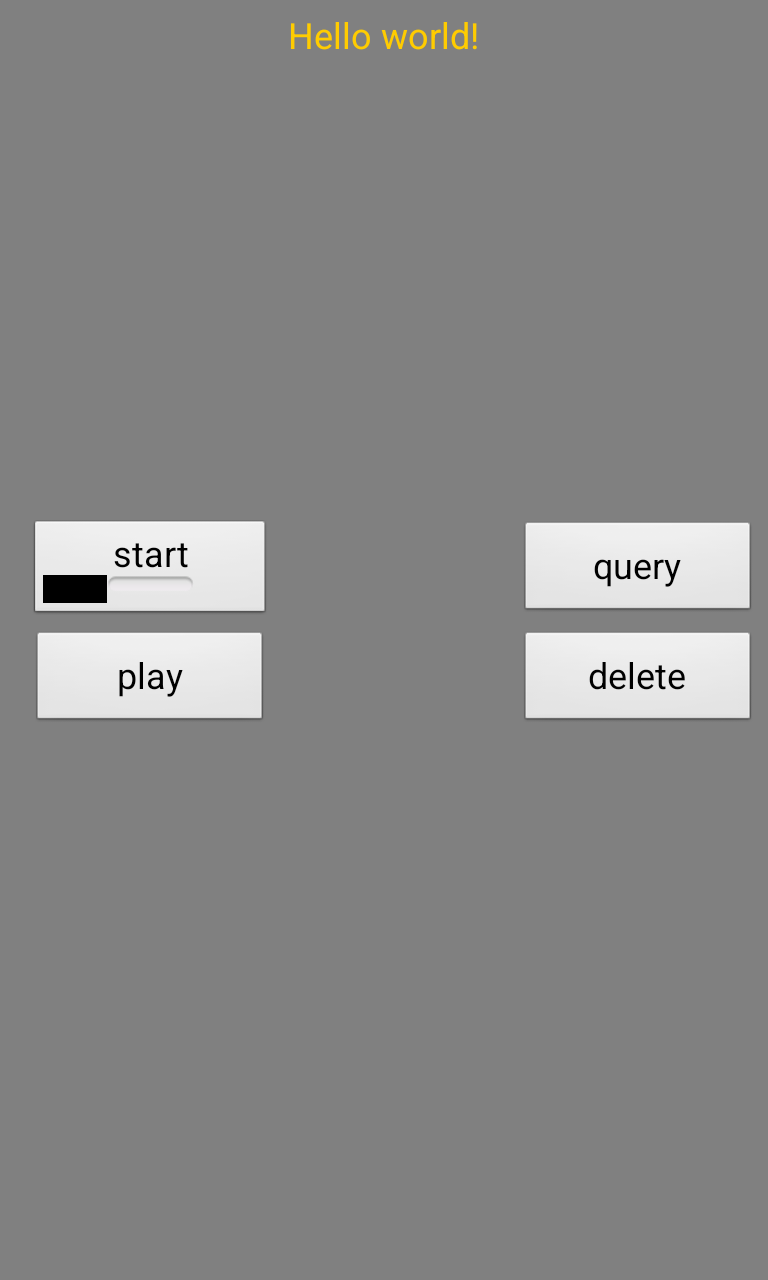
Repository: FreyrChen/tucan_Linux_practice
Layout: 4_Android_program/MusicIdentify/res/layout/activity_main.xml
The author's editor kept a copy of each file at every save. The layout is drawn from the files as they stood at one save, then again after the next save.
It is drawn on a 768 x 1280 px phone screen (xhdpi) without system bars, with theme AppTheme; the app's code is not run.

Above is the layout before, as saved 2013-05-30 09:01:39.

### 4_Android_program/MusicIdentify/res/layout/activity_main.xml
<RelativeLayout xmlns:android="http://schemas.android.com/apk/res/android"
    xmlns:tools="http://schemas.android.com/tools"
    android:layout_width="match_parent"
    android:layout_height="match_parent"
    android:padding="10px"
    android:background="#808080"
    tools:context=".MainActivity" >

    <TextView
        android:id="@+id/info_text"
        android:layout_width="wrap_content"
        android:layout_height="250dp"
        android:layout_centerHorizontal="true"
        android:textSize="18sp"
        android:text="@string/hello_world"
        android:background="#00FF0000"
	    android:textColor="#FFCC00"
    />

     <ToggleButton
		android:id="@+id/start_button"
		android:textOn="@string/stop"
		android:textOff="@string/start"
		android:textSize="18sp"
	 	android:layout_width="120dp"
	 	android:layout_height="50dp"
	    android:layout_alignParentLeft="true"
	    android:layout_marginTop="5dp"
	    android:layout_marginLeft="10dp"
	    android:layout_below="@+id/info_text"
 	/>

    <Button
	 	android:id="@+id/query_button"
	 	android:layout_width="120dp"
	 	android:layout_height="50dp"
	 	android:textSize="18sp"
	 	android:text="@string/query"
	    android:layout_marginTop="5dp"
	    android:layout_marginLeft="10dp"
	    android:layout_alignParentRight="true"
	    android:layout_below="@+id/info_text"
 	/>

    <Button
	 	android:id="@+id/play_button"
		android:text="@string/play"
		android:textSize="18sp"
	 	android:layout_width="120dp"
	 	android:layout_height="50dp"
	    android:layout_alignParentLeft="true"
	    android:layout_marginTop="5dp"
	    android:layout_marginLeft="10dp"
	    android:layout_below="@+id/start_button"
 	/>


    <Button
	 	android:id="@+id/delete_button"
	 	android:layout_width="120dp"
	 	android:layout_height="50dp"
	 	android:textSize="18sp"
	 	android:text="@string/delete"
	    android:layout_marginTop="5dp"
	    android:layout_marginLeft="10dp"
	    android:layout_alignParentRight="true"
	    android:layout_below="@+id/query_button"
 	/>





</RelativeLayout>

### 4_Android_program/MusicIdentify/res/values/strings.xml
<?xml version="1.0" encoding="utf-8"?>
<resources>

    <string name="app_name">MusicIdentify</string>
    <string name="hello_world">Hello world!</string>
    <string name="menu_settings">Settings</string>
    <string name="start">start</string>
    <string name="stop">stop</string>
    <string name="play">play</string>
    <string name="query">query</string>
    <string name="delete">delete</string>


</resources>

Loaded but not shown: 4_Android_program/MusicIdentify/res/values/styles.xml (common file)

After the next save:
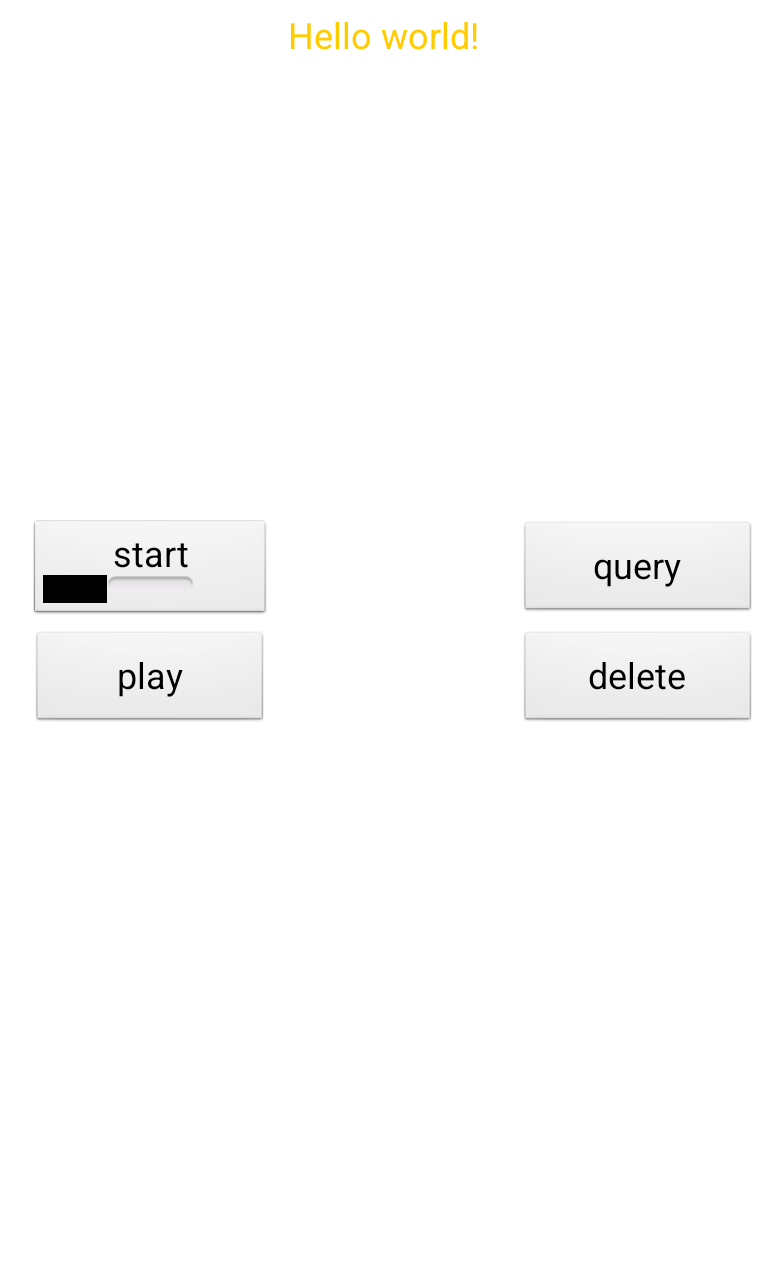
Saved 29 s later.
--- a/4_Android_program/MusicIdentify/res/layout/activity_main.xml
+++ b/4_Android_program/MusicIdentify/res/layout/activity_main.xml
@@ -3,7 +3,7 @@
     android:layout_width="match_parent"
     android:layout_height="match_parent"
     android:padding="10px"
-    android:background="#808080"
+    android:background="#FFFFFF"
     tools:context=".MainActivity" >
 
     <TextView
